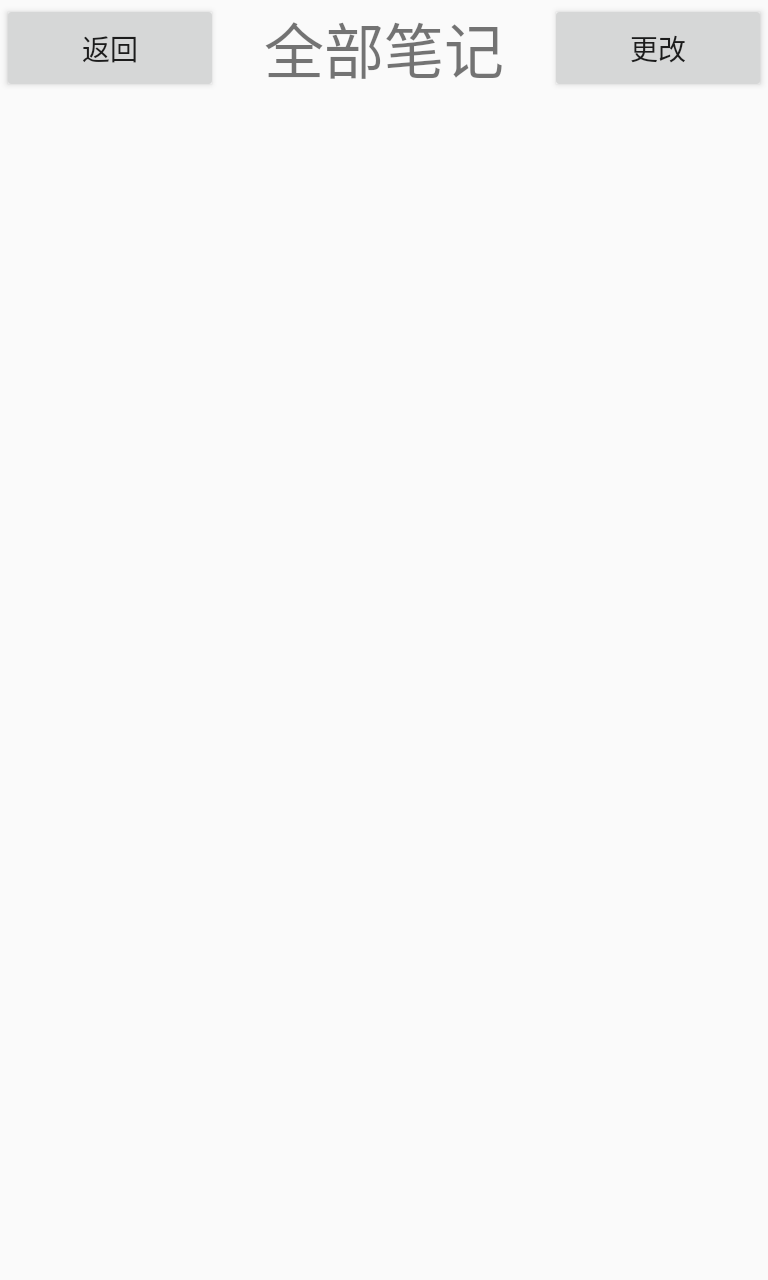
Repository: mxfpaul/Test
Layout: Note/MyNote2/res/layout/viewnote.xml
These files come from the project's save history. The layout is drawn as it stood at one moment and after the next save; the edit follows.
It is drawn on a 768 x 1280 px phone screen (xhdpi) without system bars, with theme AppTheme; the app's code is not run.

Above is the layout before, as saved 2014-11-19 07:48:38.

### Note/MyNote2/res/layout/viewnote.xml
<?xml version="1.0" encoding="utf-8"?>
<TableLayout xmlns:android="http://schemas.android.com/apk/res/android"
    android:layout_width="match_parent"
    android:layout_height="match_parent"
    android:orientation="vertical" >
    <TableRow android:id="@+id/view_row1">
        <Button
            android:id="@+id/view_button_setting"
            android:layout_weight="1"
            android:text="@string/view_button_text1"
            />
        <TextView android:id="@+id/view_textview_all"
            android:layout_weight="2"
            android:layout_gravity="center"
            android:gravity="center"
            android:text="@string/home_textview_text"
            android:textSize="30sp"
            />
        <Button android:id="@+id/view_button_new"
            android:layout_weight="1"
            android:text="@string/view_button_text2"
            />
    </TableRow>

    <TableRow android:id="@+id/view_row2">

    </TableRow>

</TableLayout>

### Note/MyNote2/res/values/strings.xml
<?xml version="1.0" encoding="utf-8"?>
<resources>

    <string name="app_name">MyNote2</string>
    <string name="hello_world">Hello world!</string>
    <string name="action_settings">Settings</string>
    <string name="home_button_text1">设置</string>
    <string name="home_button_text2">新建</string>
    <string name="home_textview_text">全部笔记</string>
    <string name="new_button_text1">返回</string>
    <string name="new_button_text2">完成</string>
    <string name="new_textview_text">未命名笔记</string>
    <string name="view_button_text1">返回</string>
    <string name="view_button_text2">更改</string>
    <string name="view_textview_text">待录入</string>

</resources>

Loaded but not shown: Note/MyNote2/res/values/styles.xml (common file); Note/MyNote2/res/values-v11/styles.xml (common file); Note/MyNote2/res/values-v14/styles.xml (common file)

After the next save:
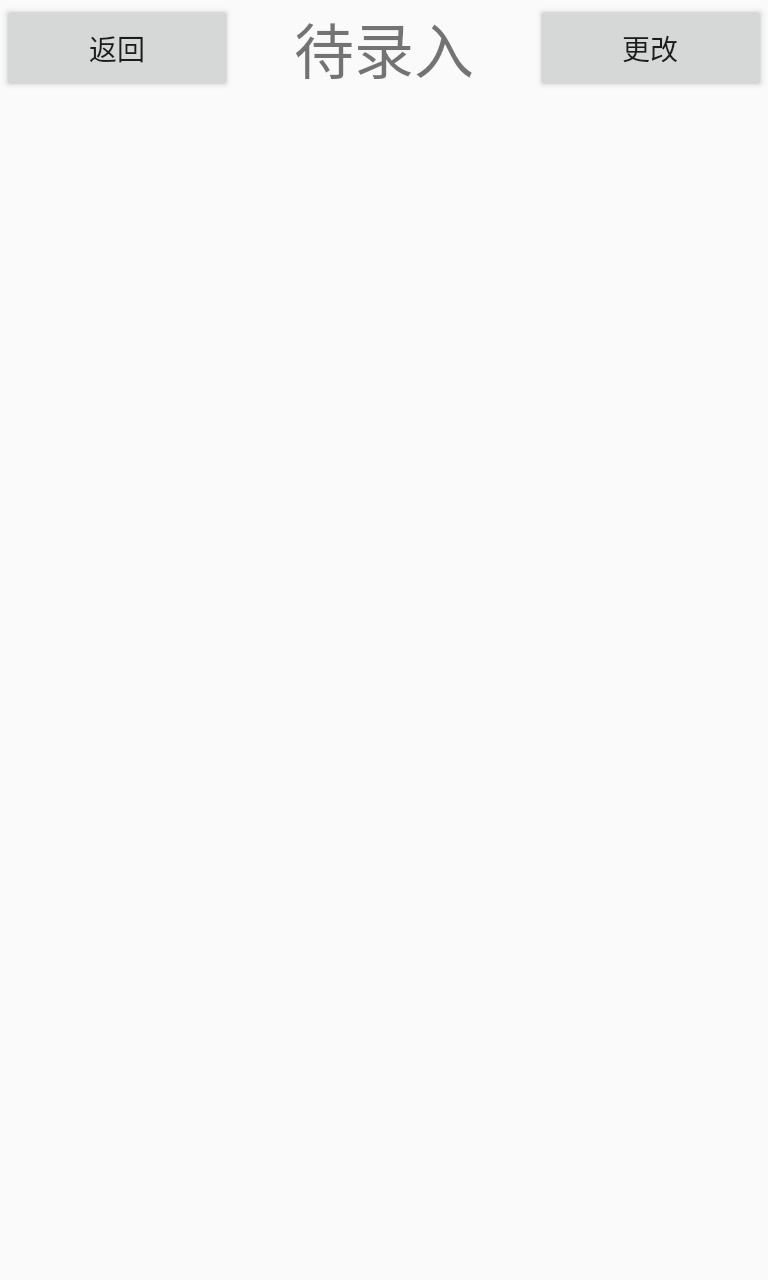
Saved 8 s later.
--- a/Note/MyNote2/res/layout/viewnote.xml
+++ b/Note/MyNote2/res/layout/viewnote.xml
@@ -13,7 +13,7 @@
             android:layout_weight="2"
             android:layout_gravity="center"
             android:gravity="center"
-            android:text="@string/home_textview_text"
+            android:text="@string/view_textview_text"
             android:textSize="30sp"
             />
         <Button android:id="@+id/view_button_new"
